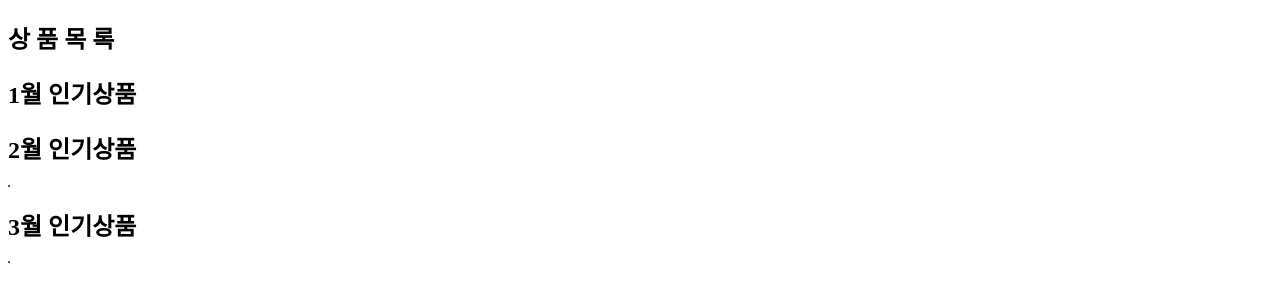
Repository: odasd/jsp
Page: http://localhost/semi/record/record3.jsp
These files come from the project's save history. The page is drawn as it stood at one moment and after the next save; the edit follows.
The browser window is 1280 px wide. The pictures show the whole page.
Some web libraries are served in a nearby version. The page is served by Tomcat 9. Other server files are loaded and not shown. Queries for data that is not in the repository find no rows.

Above is the page before, as saved 2020-06-17 08:58:18.

### semi/WebContent/record/record3.jsp
<%@ page language="java" contentType="text/html; charset=UTF-8"  pageEncoding="UTF-8"%>


<!DOCTYPE html>
<html>
<head>
	<meta charset="UTF-8">
	<title>히히호호</title>
	<script src="http://code.jquery.com/jquery-3.1.1.min.js"></script>
	<script src="https://cdnjs.cloudflare.com/ajax/libs/handlebars.js/3.0.1/handlebars.js"></script>
	<style>
	#tbl1 {width:1000px;}
	.image{width:200px; float:left;}
	</style>
</head>
<body>
   <div id="divPage">
      <div id="divMenu"></div>
      <div id="divHeader">
         <h2>상 품 목 록</h2>
      </div>
      <div id="haha">
       <h2>1월 인기상품</h2>
       <div id="tbl1"></div>
         <script id="temp1" type="text/x-handlebars-template">
         {{#each array}}
					<div class="image"><img src="{{printImage image}}"><br>
					{{product_name}}<br>{{sold_quantity}}</div>
			{{/each}}
      </script>
       <h2>2월 인기상품</h2>
      <table id="tbl2" border=1></table>
         <script id="temp2" type="text/x-handlebars-template">
         {{#each array}}
          <div class="box">
					<div class="image"><img src="{{printImage image}}"></div>
					<div class="prod_id">{{product_name}}</div>
					<div class="prod_name">{{sold_quantity}}</div>
				</div>
           {{/each}}
      </script>

      <h2>3월 인기상품</h2>
      <table id="tbl3" border=1></table>
         <script id="temp3" type="text/x-handlebars-template">
         {{#each array}}
          <div class="box">
					<div class="image"><img src="{{printImage image}}"></div>
					<div class="prod_id">{{product_name}}</div>
					<div class="prod_name">{{sold_quantity}}</div>
				</div>
           {{/each}}
      </script>
      </div>
   </div>
</body>
<script>
	var selMonth;

	getList(1);
	getList(2);
	getList(3);


	function getList(selMonth){

    $.ajax({
       type:"get",
       url:"/semi/record/topTen",
       data:{"selMonth":selMonth},
       dataType:"json",
       success:function(data){

          var template = Handlebars.compile($("#temp"+selMonth).html());
          $("#tbl"+selMonth).html(template(data));
       }
       });
    }

	 Handlebars.registerHelper("printImage", function(image){
		 var src;
		 if(!image) src="http://placehold.it/200x300"; else src="/img/product/" + image; return src;
		 });
</script>
</html>

### semi/src/record/RecordServlet.java
package record;

import java.io.IOException;
import java.io.PrintWriter;

import javax.servlet.ServletException;
import javax.servlet.annotation.WebServlet;
import javax.servlet.http.HttpServlet;
import javax.servlet.http.HttpServletRequest;
import javax.servlet.http.HttpServletResponse;

import org.json.simple.JSONObject;

/**
 * Servlet implementation class RecordServlet
 */
@WebServlet(value={"/record/topTen"})
public class RecordServlet extends HttpServlet {
	private static final long serialVersionUID = 1L;


	protected void doGet(HttpServletRequest request, HttpServletResponse response) throws ServletException, IOException {
		response.setContentType("text/html;charset=UTF-8"); //한글깨짐 방지
		PrintWriter out=response.getWriter(); //브라우저에 출력하기 위한 객체
		RecordDAO rdao=new RecordDAO();

		switch(request.getServletPath()) {

		case "/record/topTen" :

			String strMonth=request.getParameter("selMonth");
			int month=Integer.parseInt(strMonth);
			out.println(rdao.list(month));
			break;

		}


	}


	protected void doPost(HttpServletRequest request, HttpServletResponse response) throws ServletException, IOException {

	}

}

### semi/src/record/RecordDAO.java
package record;

import java.sql.PreparedStatement;
import java.sql.ResultSet;

import org.json.simple.JSONArray;
import org.json.simple.JSONObject;

import database.Database;

public class RecordDAO {


	//월별 탑10 상품 출력

	public JSONObject list(int month) {
		JSONObject jObject=new JSONObject();
		try {
			String sql="select img, product_name, sold_quantity\r\n" +
					"from product p, sell_record s\r\n" +
					"where p.product_code=s.product_code and p.category_code=s.category_code and month=?\r\n" +
					"order by sold_quantity desc limit 0, 5";
			PreparedStatement ps=Database.CON.prepareStatement(sql);
			ps.setInt(1, month);
			ResultSet rs=ps.executeQuery();
			JSONArray jArray=new JSONArray();
			while(rs.next()) {
				JSONObject obj=new JSONObject();
				obj.put("img", rs.getString("img"));
				obj.put("product_name", rs.getString("product_name"));
				obj.put("sold_quantity", rs.getInt("sold_quantity"));
				jArray.add(obj);
			}
			jObject.put("array", jArray);
		} catch(Exception e) {
			System.out.println("top10상품목록 : "+e.toString());
		}

		return jObject;
	}

}

### semi/src/database/Database.java
package database;

import java.sql.*;

public class Database {
	public static Connection CON;
	static {
		try {
			Class.forName("com.mysql.jdbc.Driver");
			CON = DriverManager.getConnection("jdbc:mysql://localhost:3306/mydb", "semi", "pass");
			System.out.println("connected");
		} catch (Exception e) {
			System.out.println("connection error: " + e.toString());
		}
	}
}

After the next save:
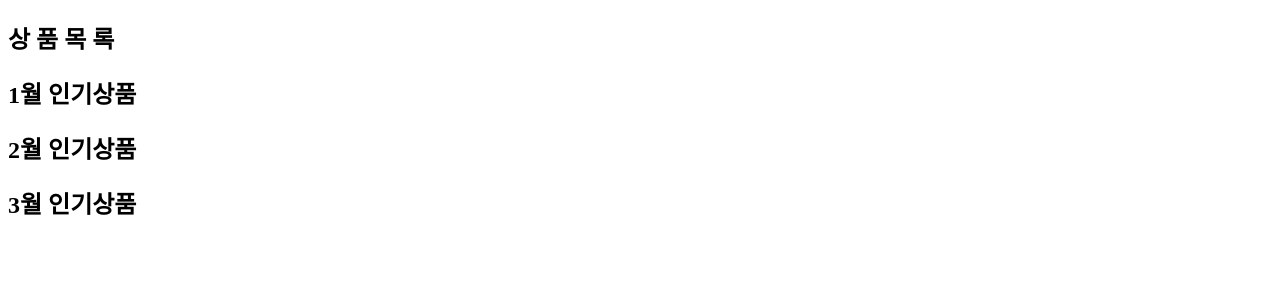
Saved 72 s later.
--- a/semi/WebContent/record/record3.jsp
+++ b/semi/WebContent/record/record3.jsp
@@ -29,26 +29,24 @@
 			{{/each}}
       </script>
        <h2>2월 인기상품</h2>
-      <table id="tbl2" border=1></table>
+      <div id="tbl2" ></div>
          <script id="temp2" type="text/x-handlebars-template">
          {{#each array}}
-          <div class="box">
-					<div class="image"><img src="{{printImage image}}"></div>
-					<div class="prod_id">{{product_name}}</div>
-					<div class="prod_name">{{sold_quantity}}</div>
-				</div>
+
+					<div class="image"><img src="{{printImage image}}"><br>
+					{{product_name}}<br>{{sold_quantity}}</div>
+
            {{/each}}
       </script>
 
       <h2>3월 인기상품</h2>
-      <table id="tbl3" border=1></table>
+      <div id="tbl3" ></div>
          <script id="temp3" type="text/x-handlebars-template">
          {{#each array}}
-          <div class="box">
-					<div class="image"><img src="{{printImage image}}"></div>
-					<div class="prod_id">{{product_name}}</div>
-					<div class="prod_name">{{sold_quantity}}</div>
-				</div>
+
+					<div class="image"><img src="{{printImage image}}"><br>
+					{{product_name}}<br>{{sold_quantity}}</div>
+
            {{/each}}
       </script>
       </div>
